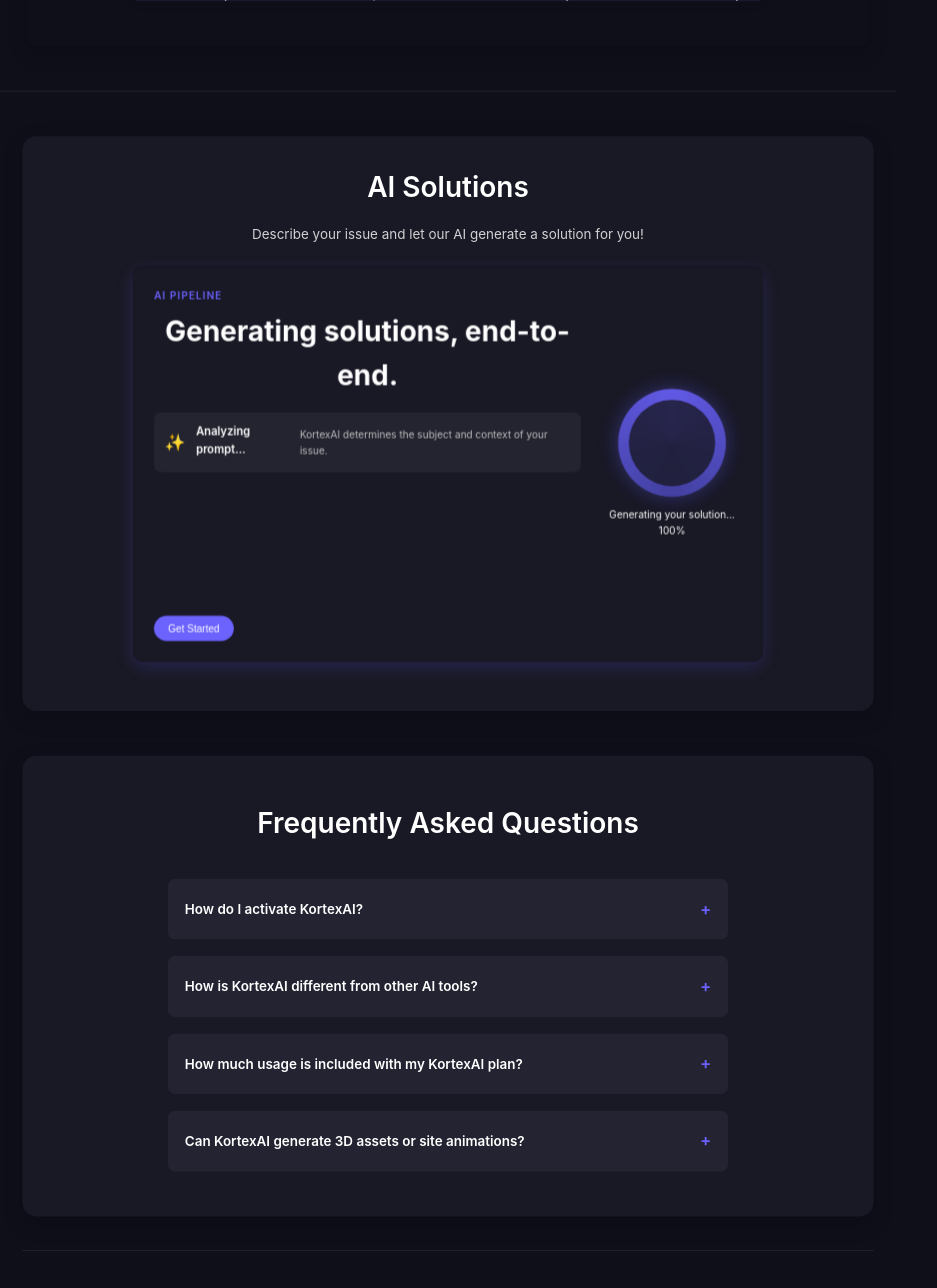
Repository: Rayyy-dev/Kortex-AI
Page: /
The author's editor kept a copy of each file at every save. The page is drawn from the files as they stood at one save, then again after the next save.
The browser window is 1280 px wide. The page is 1338 px wide, so the pictures cover 1338 px, including what lies to the right of the window. The pictures show the part of the page from y = 1274 to 3114 px (the page is 3569 px tall before and 3593 px after), at 70% of full size.
The project was rebuilt for these pictures with package versions that can differ from the ones it lists, and the page was loaded fresh each time.

Above is the page before, as saved 2024-10-15 21:13:41.

### src/App.js
import React, { useEffect, useRef, useState } from 'react';
import { LineChart, Line, XAxis, YAxis, Tooltip, ResponsiveContainer, CartesianGrid, AreaChart, Area, LabelList } from 'recharts';
import './App.css';

function FAQItem({ question, answer }) {
  const [isActive, setIsActive] = useState(false);

  return (
    <div className={`faq-item ${isActive ? 'active' : ''}`} onClick={() => setIsActive(!isActive)}>
      <h3>{question}<span className="faq-toggle">{isActive ? '-' : '+'}</span></h3>
      <div className="faq-answer">
        <p>{answer}</p>
      </div>
    </div>
  );
}

function App() {
  const [isModalOpen, setIsModalOpen] = useState(false);
  const backgroundRef = useRef(null);
  const mainSectionRef = useRef(null);
  const parallaxRef = useRef(null);
  const [activeStep, setActiveStep] = useState(0);
  const [generatingProgress, setGeneratingProgress] = useState(0);
  const [showBackToTop, setShowBackToTop] = useState(false);
  const aiPipelineRef = useRef(null);
  const [menuOpen, setMenuOpen] = useState(false);

  const toggleMenu = () => {
    setMenuOpen(!menuOpen);
  };

  useEffect(() => {
    const background = backgroundRef.current;
    if (!background) return;

    const createParticle = () => {
      const particle = document.createElement('div');
      particle.classList.add('particle');
      particle.style.left = `${Math.random() * 100}%`;
      particle.style.top = `${Math.random() * 100}%`;
      particle.style.animationDuration = `${Math.random() * 10 + 5}s`;
      background.appendChild(particle);

      setTimeout(() => {
        particle.remove();
      }, 15000);
    };

    // Create initial particles
    for (let i = 0; i < 30; i++) {
      createParticle();
    }

    const particleInterval = setInterval(createParticle, 500);

    return () => {
      clearInterval(particleInterval);
    };
  }, []);

  useEffect(() => {
    const handleScroll = () => {
      setShowBackToTop(window.scrollY > 300);
    };

    window.addEventListener('scroll', handleScroll);
    return () => window.removeEventListener('scroll', handleScroll);
  }, []);

  useEffect(() => {
    const interval = setInterval(() => {
      setGeneratingProgress((prevProgress) => {
        if (prevProgress >= 100) {
          clearInterval(interval);
          return 100;
        }
        return prevProgress + 1;
      });
    }, 50);

    return () => clearInterval(interval);
  }, []);

  useEffect(() => {
    const options = {
      root: null,
      rootMargin: '0px',
      threshold: 0.5,
    };

    const observer = new IntersectionObserver((entries) => {
      entries.forEach((entry) => {
        if (entry.isIntersecting) {
          setActiveStep(0);
          const interval = setInterval(() => {
            setActiveStep((prevStep) => {
              if (prevStep >= 2) {
                clearInterval(interval);
                return 2;
              }
              return prevStep + 1;
            });
          }, 2000);

          return () => clearInterval(interval);
        }
      });
    }, options);

    if (aiPipelineRef.current) {
      observer.observe(aiPipelineRef.current);
    }

    return () => {
      if (aiPipelineRef.current) {
        observer.unobserve(aiPipelineRef.current);
      }
    };
  }, []);

  useEffect(() => {
    const observer = new IntersectionObserver((entries) => {
      entries.forEach((entry) => {
        if (entry.isIntersecting) {
          entry.target.classList.add('visible');
        }
      });
    }, { threshold: 0.1 });

    document.querySelectorAll('.fade-in').forEach((el) => observer.observe(el));

    return () => observer.disconnect();
  }, []);

  const performanceData = [
    { name: 'Accuracy', value: 70 },
    { name: 'Speed', value: 85 },
    { name: 'Efficiency', value: 60 },
    { name: 'Reliability', value: 90 }
  ];

  const CustomTooltip = ({ active, payload, label }) => {
    if (active && payload && payload.length) {
      return (
        <div className="custom-tooltip">
          <p className="label">{`${label}: ${payload[0].value}%`}</p>
        </div>
      );
    }
    return null;
  };

  const openModal = () => {
    setIsModalOpen(true);
  };

  const closeModal = () => {
    setIsModalOpen(false);
  };

  const faqData = [
    {
      question: "How do I activate KortexAI?",
      answer: "To activate KortexAI, simply log into your account and navigate to the 'AI Systems' section. Click on the 'Activate' button next to KortexAI, and follow the on-screen instructions to set up and customize your AI experience."
    },
    {
      question: "How is KortexAI different from other AI tools?",
      answer: "KortexAI stands out with its advanced neural network architecture, real-time learning capabilities, and seamless integration across multiple platforms. Our AI offers unparalleled accuracy and efficiency in data analysis, natural language processing, and predictive modeling."
    },
    {
      question: "How much usage is included with my KortexAI plan?",
      answer: "Usage limits vary depending on your subscription tier. Our basic plan includes up to 100 hours of AI processing time per month, while our premium plans offer unlimited usage. Check your account dashboard for detailed information on your current plan and usage statistics."
    },
    {
      question: "Can KortexAI generate 3D assets or site animations?",
      answer: "Yes, KortexAI has advanced capabilities in generating 3D assets and creating dynamic site animations. Our AI can produce high-quality 3D models, textures, and animations based on text descriptions or 2D references. For web animations, KortexAI can generate custom CSS and JavaScript code to bring your site to life."
    }
  ];

  const scrollToTop = () => {
    window.scrollTo({
      top: 0,
      behavior: 'smooth'
    });
  };

  const scrollToSection = (sectionId) => {
    const section = document.querySelector(sectionId);
    if (section) {
      section.scrollIntoView({ behavior: 'smooth' });
    }
  };

  return (
    <div className="App">
      <header className="header">
        <div className="logo">KortexAI</div>
        <nav className={`nav ${menuOpen ? 'active' : ''}`}>
          <ul>
            {['home', 'ai-systems', 'modules', 'features', 'pricing', 'faq'].map((item) => (
              <li key={item}>
                <a href={`#${item}`} onClick={(e) => {
                  e.preventDefault();
                  scrollToSection(`#${item}`);
                  setMenuOpen(false);
                }}>
                  {item.charAt(0).toUpperCase() + item.slice(1).replace('-', ' ')}
                </a>
              </li>
            ))}
          </ul>
        </nav>
        <button className="create-account-btn">Create Account</button>
        <div className={`menu-toggle ${menuOpen ? 'active' : ''}`} onClick={toggleMenu}>
          <span></span>
          <span></span>
          <span></span>
        </div>
      </header>

      <section ref={mainSectionRef} className="main-section">
        <div className="content-container">
          <h1 className="main-title">AI-Powered Solutions for the Future</h1>
          <p className="main-subtitle">
            Empowering tomorrow with cutting-edge AI technology.
          </p>
          <div className="buttons">
            <button className="open-app-btn">Explore AI</button>
            <button className="discover-more-btn">Learn More</button>
          </div>
        </div>
      </section>

      <div className="partner-strip">
        <div className="partner-strip-content">
          <span>Vercel</span>
          <span>Loom</span>
          <span>Cash App</span>
          <span>Zapier</span>
          <span>Ramp</span>
          <span>Raycast</span>
          <span>OpenAI</span>
          <span>DeepMind</span>
          <span>IBM Watson</span>
          <span>Google AI</span>
          <span>Microsoft Azure</span>
          <span>Amazon AWS</span>
        </div>
      </div>

      <section className="performance-metrics">
        <h2>AI Performance Metrics</h2>
        <div className="graph-container">
          <ResponsiveContainer width="100%" height={400}>
            <AreaChart data={performanceData} margin={{ top: 20, right: 30, left: 20, bottom: 20 }}>
              <defs>
                <linearGradient id="colorValue" x1="0" y1="0" x2="0" y2="1">
                  <stop offset="5%" stopColor="#4a4af0" stopOpacity={0.8}/>
                  <stop offset="95%" stopColor="#4a4af0" stopOpacity={0}/>
                </linearGradient>
              </defs>
              <CartesianGrid strokeDasharray="3 3" stroke="#2a2a2a" />
              <XAxis dataKey="name" stroke="#ffffff" axisLine={false} tickLine={false} />
              <YAxis stroke="#ffffff" axisLine={false} tickLine={false} />
              <Tooltip content={<CustomTooltip />} />
              <Area
                type="monotone"
                dataKey="value"
                stroke="#4a4af0"
                fillOpacity={1}
                fill="url(#colorValue)"
                strokeWidth={3}
                dot={{ r: 6, fill: "#4a4af0", stroke: "#ffffff", strokeWidth: 2 }}
                activeDot={{ r: 8, fill: "#ffffff", stroke: "#4a4af0", strokeWidth: 2 }}
              >
                <LabelList dataKey="value" position="top" fill="#ffffff" />
              </Area>
            </AreaChart>
          </ResponsiveContainer>
        </div>
      </section>

      <footer className="footer-section">
        <div className="background-section" ref={backgroundRef}>
          <div className="background-content">
            <div className="ai-solution-box">
              <h2>AI Solutions</h2>
              <p>Describe your issue and let our AI generate a solution for you!</p>

              {/* New AI Pipeline Section */}
              <div className="ai-pipeline-section">
                <div className="ai-pipeline-content">
                  <div className="ai-pipeline-text">
                    <h3 className="ai-pipeline-subtitle">AI Pipeline</h3>
                    <h2 className="ai-pipeline-title">Generating solutions, end-to-end.</h2>
                    <div className="ai-pipeline-steps">
                      <div className={`ai-pipeline-step ${activeStep === 0 ? 'active' : ''}`}>
                        <span className="step-icon">✨</span>
                        <h4>Analyzing prompt...</h4>
                        <p>KortexAI determines the subject and context of your issue.</p>
                      </div>
                      <div className={`ai-pipeline-step ${activeStep === 1 ? 'active' : ''}`}>
                        <span className="step-icon">🔧</span>
                        <h4>Crafting solutions...</h4>
                        <p>Next, it generates tailored solutions based on the analysis.</p>
                      </div>
                      <div className={`ai-pipeline-step ${activeStep === 2 ? 'active' : ''}`}>
                        <span className="step-icon">🚀</span>
                        <h4>Review and implement!</h4>
                        <p>The solution is ready – your turn to put it into action.</p>
                      </div>
                    </div>
                    <div className="get-started-container">
                      <button className="get-started-btn">Get Started</button>
                    </div>
                  </div>
                  <div className="ai-pipeline-visual">
                    <div className="ai-orb">
                      <div className="ai-orb-inner"></div>
                    </div>
                    <p className="generating-text">Generating your solution... {generatingProgress}%</p>
                  </div>
                </div>
              </div>

              {/* Existing input and output areas */}
              <div className="input-group">
                <input type="text" placeholder="Enter your issue here..." />
                <button className="generate-btn">Generate Solution</button>
              </div>
              <div className="solution-output">
                <p>AI-generated solution will appear here...</p>
              </div>
            </div>

            {/* New FAQ Section */}
            <div className="faq-section">
              <h2 className="faq-title">Frequently Asked Questions</h2>
              <div className="faq-list">
                {faqData.map((item, index) => (
                  <FAQItem key={index} question={item.question} answer={item.answer} />
                ))}
              </div>
            </div>
          </div>
        </div>

        {/* New footer content */}
        <div className="footer-links">
          <div className="footer-column">
            <h3>Explore</h3>
            <ul>
              <li><a href="#">AI Systems</a></li>
              <li><a href="#">Modules</a></li>
              <li><a href="#">KortexAI Studio <span className="beta-tag">BETA</span></a></li>
              <li><a href="#">KortexAI API <span className="new-tag">NEW</span></a></li>
            </ul>
          </div>
          <div className="footer-column">
            <h3>Resources</h3>
            <ul>
              <li><a href="#">Documentation</a></li>
              <li><a href="#">Help Center</a></li>
              <li><a href="#">Pricing</a></li>
              <li><a href="#">Contact</a></li>
              <li><a href="#">KortexAI Community</a></li>
              <li><a href="#">Become a Partner</a></li>
              <li><a href="#">Research Collaborations</a></li>
            </ul>
          </div>
          <div className="footer-column">
            <h3>Company</h3>
            <ul>
              <li><a href="#">About Us</a></li>
              <li><a href="#">Careers</a></li>
              <li><a href="#">Terms of Service</a></li>
              <li><a href="#">Privacy Policy</a></li>
            </ul>
          </div>
        </div>
        <div className="footer-bottom">
          <p>KortexAI © 2024. All Rights Reserved</p>
          <div className="social-links">
            {/* Add social media links here */}
          </div>
          <div className="awards">
            <span className="award-text">AI Excellence Award 2023</span>
          </div>
        </div>
      </footer>

      {/* AI Solutions Modal */}
      {isModalOpen && (
        <div className="modal-overlay">
          <div className="modal-content">
            <div className="ai-solution-box">
              <h2>AI Solutions</h2>
              <p>Describe your issue and let our AI generate a solution for you!</p>
              <div className="input-group">
                <input type="text" placeholder="Enter your issue here..." />
                <button className="generate-btn">Generate Solution</button>
              </div>
              <div className="solution-output">
                <p>AI-generated solution will appear here...</p>
              </div>
            </div>
            <button className="close-modal-btn" onClick={closeModal}>
              Close
            </button>
          </div>
        </div>
      )}

      {showBackToTop && (
        <button className="back-to-top" onClick={scrollToTop}>
          ↑
        </button>
      )}
    </div>
  );
}

export default App;

Loaded but not shown: public/index.html (common file); src/index.js (common file); src/index.css (common file); src/reportWebVitals.js (common file); src/App.css (1416 lines, source omitted)

After the next save:
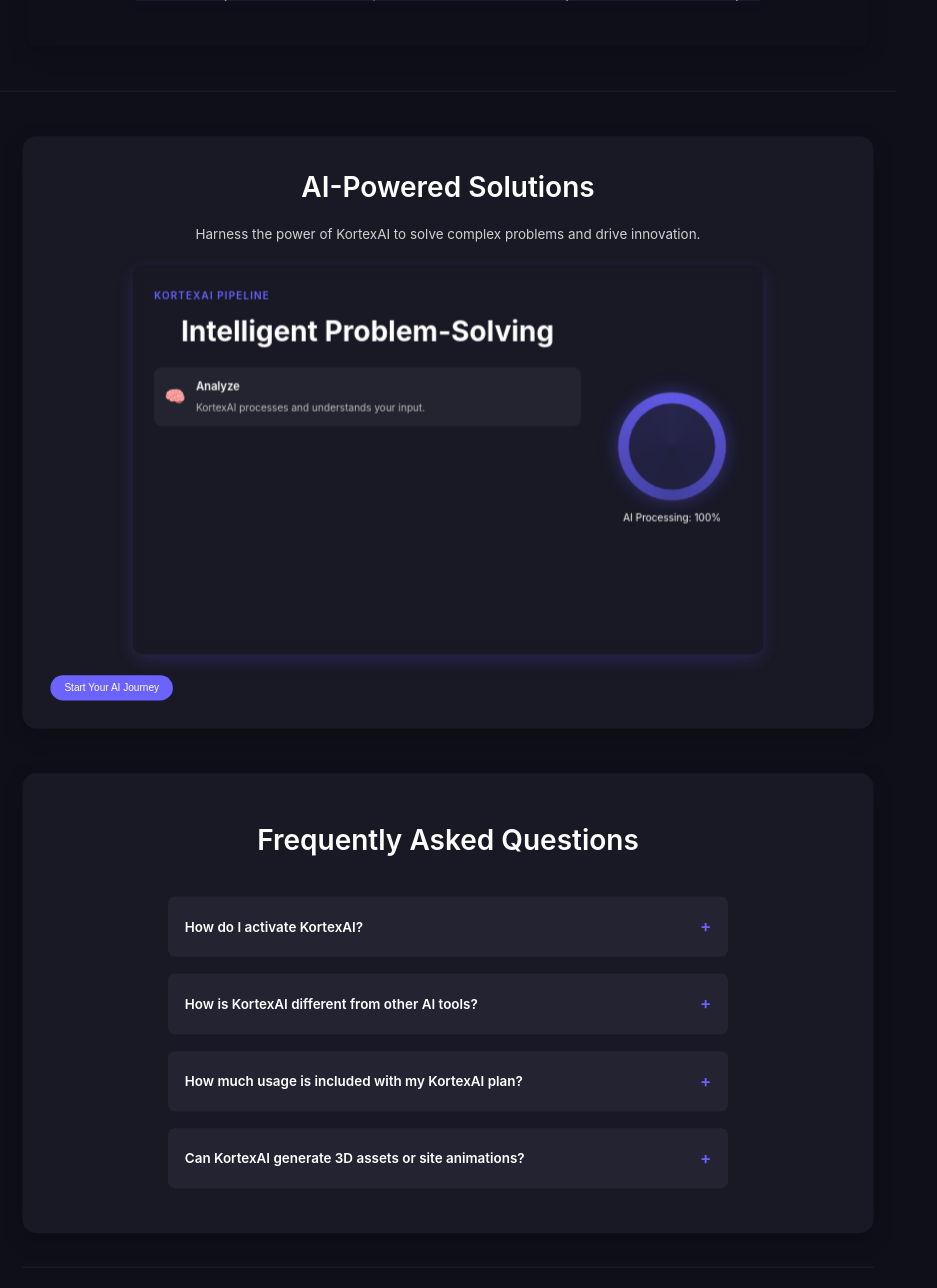
Saved 54 s later.
--- a/src/App.js
+++ b/src/App.js
@@ -285,53 +285,41 @@
         <div className="background-section" ref={backgroundRef}>
           <div className="background-content">
             <div className="ai-solution-box">
-              <h2>AI Solutions</h2>
-              <p>Describe your issue and let our AI generate a solution for you!</p>
-
-              {/* New AI Pipeline Section */}
+              <h2>AI-Powered Solutions</h2>
+              <p>Harness the power of KortexAI to solve complex problems and drive innovation.</p>
+
               <div className="ai-pipeline-section">
                 <div className="ai-pipeline-content">
                   <div className="ai-pipeline-text">
-                    <h3 className="ai-pipeline-subtitle">AI Pipeline</h3>
-                    <h2 className="ai-pipeline-title">Generating solutions, end-to-end.</h2>
+                    <h3 className="ai-pipeline-subtitle">KortexAI Pipeline</h3>
+                    <h2 className="ai-pipeline-title">Intelligent Problem-Solving</h2>
                     <div className="ai-pipeline-steps">
-                      <div className={`ai-pipeline-step ${activeStep === 0 ? 'active' : ''}`}>
-                        <span className="step-icon">✨</span>
-                        <h4>Analyzing prompt...</h4>
-                        <p>KortexAI determines the subject and context of your issue.</p>
-                      </div>
-                      <div className={`ai-pipeline-step ${activeStep === 1 ? 'active' : ''}`}>
-                        <span className="step-icon">🔧</span>
-                        <h4>Crafting solutions...</h4>
-                        <p>Next, it generates tailored solutions based on the analysis.</p>
-                      </div>
-                      <div className={`ai-pipeline-step ${activeStep === 2 ? 'active' : ''}`}>
-                        <span className="step-icon">🚀</span>
-                        <h4>Review and implement!</h4>
-                        <p>The solution is ready – your turn to put it into action.</p>
-                      </div>
-                    </div>
-                    <div className="get-started-container">
-                      <button className="get-started-btn">Get Started</button>
+                      {[
+                        { icon: '🧠', title: 'Analyze', description: 'KortexAI processes and understands your input.' },
+                        { icon: '💡', title: 'Generate', description: 'Our AI crafts tailored solutions based on analysis.' },
+                        { icon: '🚀', title: 'Implement', description: 'Review and apply the AI-generated solution.' },
+                        { icon: '📊', title: 'Optimize', description: 'Continuously improve based on feedback and results.' }
+                      ].map((step, index) => (
+                        <div key={index} className={`ai-pipeline-step ${activeStep === index ? 'active' : ''}`}>
+                          <span className="step-icon">{step.icon}</span>
+                          <div className="step-content">
+                            <h4>{step.title}</h4>
+                            <p>{step.description}</p>
+                          </div>
+                        </div>
+                      ))}
                     </div>
                   </div>
                   <div className="ai-pipeline-visual">
                     <div className="ai-orb">
                       <div className="ai-orb-inner"></div>
                     </div>
-                    <p className="generating-text">Generating your solution... {generatingProgress}%</p>
+                    <p className="generating-text">AI Processing: {generatingProgress}%</p>
                   </div>
                 </div>
               </div>
 
-              {/* Existing input and output areas */}
-              <div className="input-group">
-                <input type="text" placeholder="Enter your issue here..." />
-                <button className="generate-btn">Generate Solution</button>
-              </div>
-              <div className="solution-output">
-                <p>AI-generated solution will appear here...</p>
-              </div>
+              <button className="get-started-btn">Start Your AI Journey</button>
             </div>
 
             {/* New FAQ Section */}
